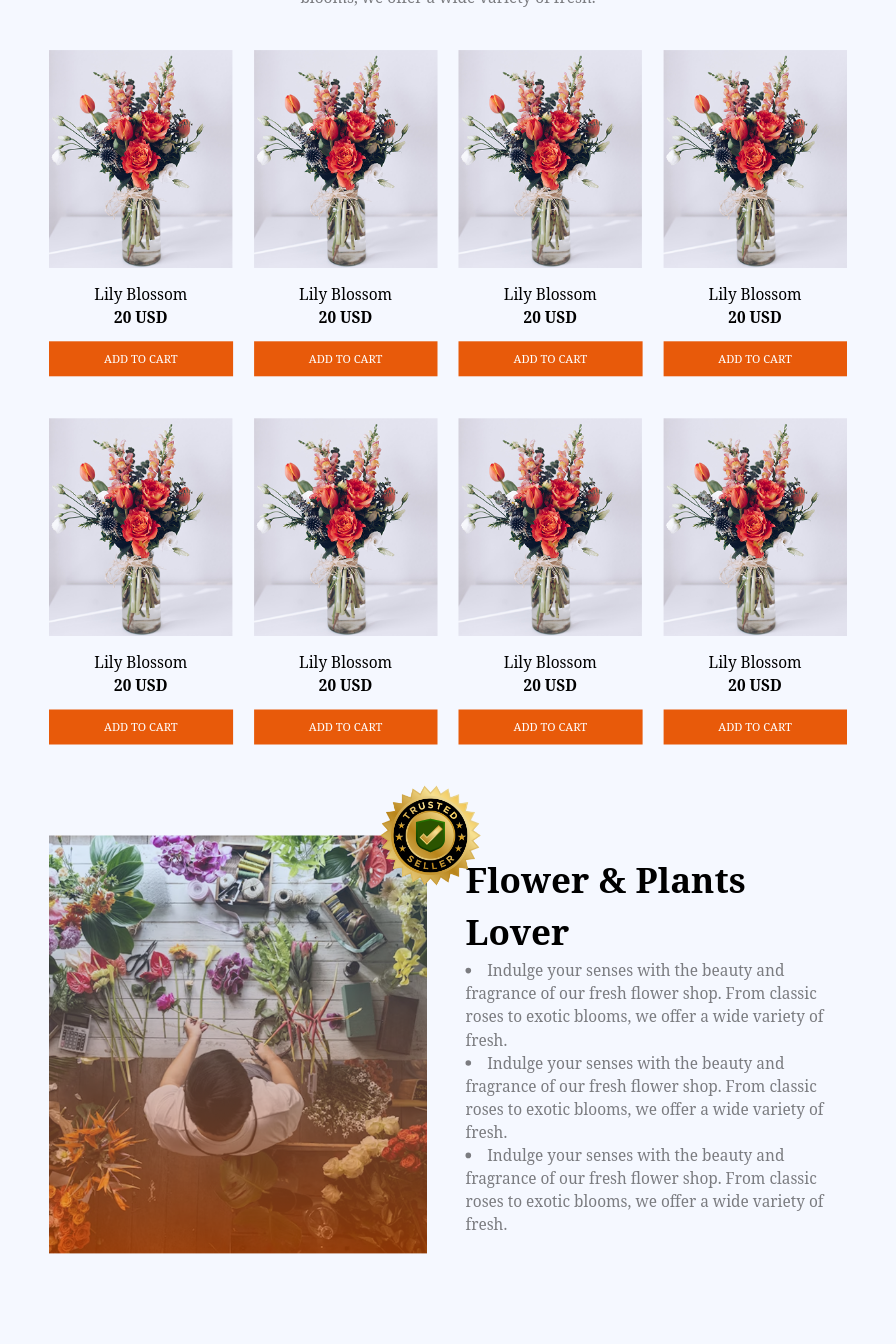
Repository: nahid-hasann/website-7
Page: index.html
The author's editor kept a copy of each file at every save. The page is drawn from the files as they stood at one save, then again after a run of saves.
The browser window is 1280 px wide. The pictures show the part of the page from y = 962 to 2882 px (the page is 2882 px tall), at 70% of full size.
Some web libraries are served in a nearby version.

Above is the page before, as saved 2025-07-24 13:07:10.

### index.html
<!DOCTYPE html>
<html lang="en">
<head>
    <meta charset="UTF-8">
    <meta name="viewport" content="width=device-width, initial-scale=1.0">
     <script src="https://cdn.jsdelivr.net/npm/@tailwindcss/browser@4"></script>
    <title> website-7 </title>
    <link rel="stylesheet" href="style.css">
    <link rel="stylesheet" href="https://cdnjs.cloudflare.com/ajax/libs/font-awesome/7.0.0/css/all.min.css" integrity="sha512-DxV+EoADOkOygM4IR9yXP8Sb2qwgidEmeqAEmDKIOfPRQZOWbXCzLC6vjbZyy0vPisbH2SyW27+ddLVCN+OMzQ==" crossorigin="anonymous" referrerpolicy="no-referrer" />
   <link rel="preconnect" href="https://fonts.googleapis.com">
<link rel="preconnect" href="https://fonts.gstatic.com" crossorigin>
<link href="https://fonts.googleapis.com/css2?family=Noto+Serif:ital,wght@0,100..900;1,100..900&display=swap" rel="stylesheet">
</head>
<body class="noto-serif-nahid">


    <header>
        <nav>
            <div class="nav-logo">
                <img src="assets/logo.png" alt="">
            </div>
            <div class="nav-menu">
                <ul>
                    <li class="ul-li" style="color: black; font-weight: bold;">Home</li>
                    <li class="ul-li" >Shop</li>
                    <li class="ul-li" >About us</li>
                    <li class="last-li" style="color: black;"><i class="fa-solid fa-cart-shopping"></i>Cart ($56)</li>
                </ul>
            </div>
        </nav>
    </header>

    <main>

        <section class="banner">
            <div class="banner-section">
                <div class="banner-description">
                    <h1>ALWAYS <span style="color: #e85a0a;">FRESH <br> FLOWERS</span></h1>
                    <p>Indulge your senses with the beauty and fragrance of our fresh flower shop. From classic roses to exotic blooms, we offer a wide variety of fresh flowers that are perfect for any occasion.  </p>
                </div>
                <div class="banner-img">
                    <img src="assets/hero-flower.png" alt="">
                </div>
            </div>
        </section>

        <section class="plants-section">
             <h1> <span style="color: #e85a0a;">Our</span> Plants</h1>
             <p>Indulge your senses with the beauty and fragrance of our fresh flower shop. From classic roses to exotic blooms, we offer a wide variety of fresh.</p>
             <div class="plants-card">
                <div class="card">
                    <img src="assets/sample-flower-image.png" alt="">
                    <h4>Lily Blossom</h4>
                    <h2>20 USD</h2>
                    <button class="btn">ADD TO CART</button>
                </div>
                 <div class="card">
                    <img src="assets/sample-flower-image.png" alt="">
                    <h4>Lily Blossom</h4>
                    <h2>20 USD</h2>
                    <button class="btn">ADD TO CART</button>
                </div>
                 <div class="card">
                    <img src="assets/sample-flower-image.png" alt="">
                    <h4>Lily Blossom</h4>
                    <h2>20 USD</h2>
                    <button class="btn">ADD TO CART</button>
                </div>
                 <div class="card">
                    <img src="assets/sample-flower-image.png" alt="">
                    <h4>Lily Blossom</h4>
                    <h2>20 USD</h2>
                    <button class="btn">ADD TO CART</button>
                </div>
                 <div class="card">
                    <img src="assets/sample-flower-image.png" alt="">
                    <h4>Lily Blossom</h4>
                    <h2>20 USD</h2>
                    <button class="btn">ADD TO CART</button>
                </div>
                 <div class="card">
                    <img src="assets/sample-flower-image.png" alt="">
                    <h4>Lily Blossom</h4>
                    <h2>20 USD</h2>
                    <button class="btn">ADD TO CART</button>
                </div>
                 <div class="card">
                    <img src="assets/sample-flower-image.png" alt="">
                    <h4>Lily Blossom</h4>
                    <h2>20 USD</h2>
                    <button class="btn">ADD TO CART</button>
                </div>
                 <div class="card">
                    <img src="assets/sample-flower-image.png" alt="">
                    <h4>Lily Blossom</h4>
                    <h2>20 USD</h2>
                    <button class="btn">ADD TO CART</button>
                </div>
             </div>
        </section>

        <section class="plants-lover-section">
            <div class="plants-lover-div">
                <div class="plants-lover-img">
                <img src="assets/flower-store.png" alt="">
                <div class="badge">
                    <img class="badge-img" src="assets/trusted-badge.png" alt="">
                </div>
            </div>
            <div class="plants-lover-content">
                <h1>Flower & Plants Lover</h1>
                <or>
                    <li>Indulge your senses with the beauty and fragrance of our fresh flower shop. From classic roses to exotic blooms, we offer a wide variety of fresh.</li>
                    <li>Indulge your senses with the beauty and fragrance of our fresh flower shop. From classic roses to exotic blooms, we offer a wide variety of fresh.</li>
                    <li>Indulge your senses with the beauty and fragrance of our fresh flower shop. From classic roses to exotic blooms, we offer a wide variety of fresh.</li>
                </or>
            </div>
            </div>
        </section>

    </main>




</body>
</html>

### style.css


*{
    margin: 0;
    padding: 0;
    box-sizing: border-box;
}


.noto-serif-nahid {
  font-family: "Noto Serif", serif;
  font-optical-sizing: auto;
  font-style: normal;
  font-variation-settings:
    "wdth" 100;
}

body{
    background-color: #f5f8ff;
}



/* header suru  */

header{
   margin: 20px auto;
   max-width: 1140px;
}

nav{
    display: flex;
    justify-content: space-between;
    align-items: center;
}

.nav-logo img{
    width: 100%;
}

.nav-menu ul{
     display: flex;
     gap: 30px;
     align-items: center;
     justify-content: center;
     margin: auto 0;
}

.nav-menu ul li{
    color: rgba(137, 135, 161, 1);
    font-weight: 400;
}


/* header sesh  */

/* banner-section  */

.banner{
    margin: 230px auto 130px auto;
    max-width: 1140px;

}

.banner-section{
     display: flex;
     align-items: end;
     justify-content: center;
}

.banner-description h1{
    font-size: 65px;
    font-weight: 800;

}

.banner-description p{
    font-size: 22px;
    color: #7b7c80;
}

.banner-img img{
    max-width: 570px;
}

/* banner-section  */

/* plants-section suru */

.plants-section{
    width: 1140px;
    margin: 130px auto;
}

.plants-section h1{
    text-align: center;
    font-size: 50px;
    margin-bottom: 14px;
    font-weight: 700;
}

.plants-card{
    display: grid;
    grid-template-columns: 1fr 1fr 1fr 1fr;
    gap: 30px;
    row-gap: 60px;
    margin-top: 60px;
}

.plants-section p{
    font-size: 22px;
    color: #7b7c80;
    text-align: center;
}

.card {
    display: flex;
    flex-direction: column;
    align-items: center;
    justify-content: center;
}

.card h4{
    font-size: 22px;
    font-weight: 300;
    margin-top: 18px;
}

.card h2{
    font-size: 22px;
    font-weight: 700;
    margin-bottom: 18px;
}

.btn{
    background-color: #e85a0a;
    width: 100%;
    padding: 13px 0;
    color: white;
}

/* plants-section sesh  */

/* plants-lover-section suru  */

.plants-lover-section{
    width: 1140px;
    margin: 130px auto;
}



.plants-lover-div{
     display: grid;
     grid-template-columns: 1fr 1fr;
    align-items: center;
    justify-content: center;
    gap: 50px;
}

.plants-lover-img{
    position: relative;
}

.badge-img{
    position: absolute;
    top: -100px;
    right: -100px;
    width: 200px;
    z-index: 999;
}



.plants-lover-content h1{
     font-size: 50px;
     font-weight: 700;
}

.plants-lover-content or li{
    font-size: 22px;
    color: #7b7c80;
}

/* plants-lover-section sesh  */


/* media screen  */

@media screen and (max-width:575px) {
    header{
        width: 100%;
    }

nav{
    margin:0 30px;

}

.nav-logo img{
    width: 63px;
}
    .ul-li{
        display: none;
    }

    .banner{
        max-width: 575px;
        margin-top: 70px ;
        margin-bottom: 70px;
    }

    .banner-section{
        flex-direction: column-reverse;

    }

    .banner-description{
        margin-left: 30px;
    }

    .banner-description h1{
    font-size: 24px;
}

.banner-description p{
    font-size: 14px;
}

.banner-img img{
    max-width: 400px;
    margin-bottom: 80px;
}

.plants-section{
    width: 100% ;
    padding: 0 20px ;
    margin: 70px 0;

}

.plants-card{
    display: grid;
    grid-template-columns: 1fr 1fr;
    gap: 20px;
    row-gap: 40px;
}

.plants-section h1{
    font-size: 24px;
}
.plants-section p{
    font-size: 14px;
}

.card h4{
    font-size: 15px;
}

.card h2{
    font-size: 15px;
}

.btn{
    font-size: 15px;
}

}

After the next 3 saves:
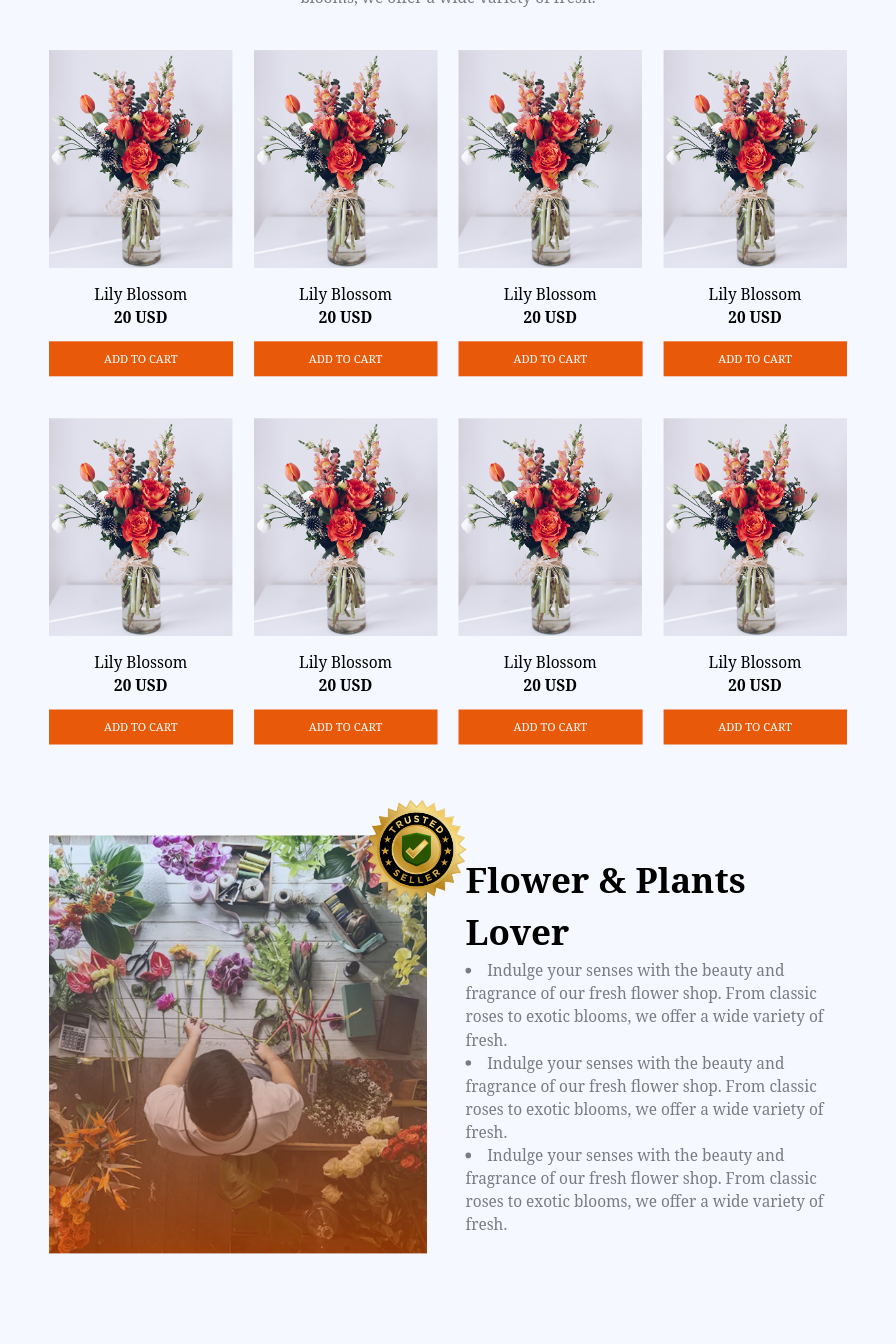
The 3 saves are shown as one change because they came seconds apart.
The last was saved 13 s later.
--- a/style.css
+++ b/style.css
@@ -164,8 +164,8 @@ nav{
 
 .badge-img{
     position: absolute;
-    top: -100px;
-    right: -100px;
+    top: -80px;
+    right: -80px;
     width: 200px;
     z-index: 999;
 }
